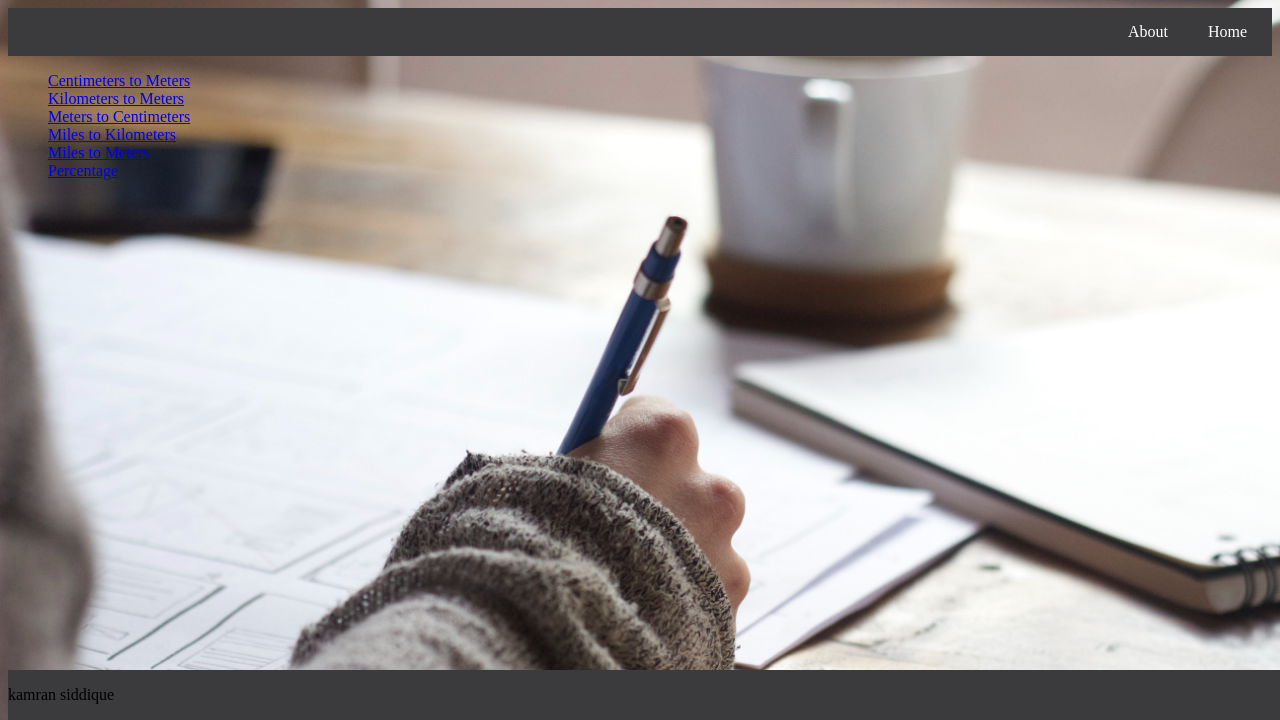
Repository: Kamrangujjar85112/Length-Converter
Page: html/home.html
These files come from the project's save history. The page is drawn as it stood at one moment and after the next save; the edit follows.
The browser window is 1280 px wide. The pictures show the whole page.

Above is the page before, as saved 2022-01-21 04:07:44.

### html/home.html
<!-- home -->
<!DOCTYPE html>
<html lang="en">
<head>
    <meta charset="UTF-8">
    <meta http-equiv="X-UA-Compatible" content="IE=edge">
    <meta name="viewport" content="width=device-width, initial-scale=1.0">
    <title>Home</title>
    <link rel="stylesheet" href="../css/style.css">

</head>
<body>

   <div class="container ">
    <div class="header">
        <nav>
            <ul class="nav-ul">
                <li class="nav-li"><a href="#home">Home</a></li>
                <li class="nav-li"><a href="#about">About</a></li>
            </ul>
        </nav>
   </div>
   <div class="box">
    <div>
        <ul>
            <li class="link">
                <a href="cm_km.html">Centimeters to Meters</a>
            </li>
            <li class="link">
                <a href="km_m.html">Kilometers to Meters</a>
            </li>
            <li class="link">
                <a href="m_cm.html">Meters to Centimeters</a>
            </li>
            <li class="link">
                <a href="mi_km.html">Miles to Kilometers</a>
            </li>
            <li class="link">
                <a href="mi_m.html">Miles to Meters</a>
            </li>
            <li class="link">
                <a href="percentage.html">Percentage</a>
            </li>
        </ul>
    </div>
   </div>
    <div class="footer">
            <p>kamran siddique</p>
    </div>
    </div>
   </div>
</body>
</html>

### css/style.css
  body{
    background-image: url('background.jpg');
    background-repeat: no-repeat;
    background-attachment: fixed;
    background-size: cover;
}
.header{
    top: 0;
    width: 100%;
    margin: 0;
    position: relative;

}
.nav-ul{
    list-style-type: none;
    margin: 0;
    overflow: hidden;
    background: rgb(59, 59, 61);
  }

.nav-li {
    padding-right: 10px;
    float: right;
    align-items: inherit;
}

.nav-li a {
    display: block;
    color: rgb(255, 255, 255);
    text-align:center;
    padding: 15px 15px;
    text-decoration: none;
}
.link {
    list-style: none;
}
.link a{
    width: 100%;
    align-items: center;
}
.link a:hover {
    background-color: #0ac577;
}
.footer{
    bottom: 0;
    width: 100%;
    position: fixed;
    background: rgb(59, 59, 61);
    padding-right: 10px;
}

After the next save:
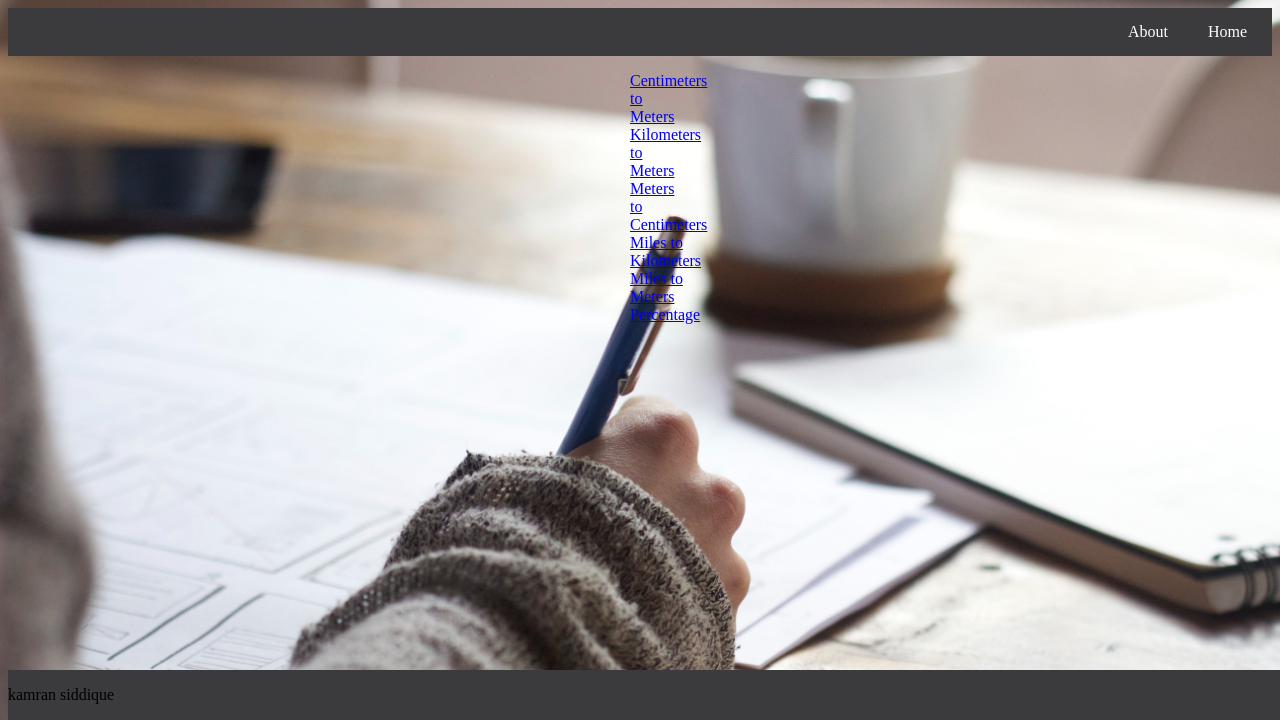
Saved 41 s later.
--- a/css/style.css
+++ b/css/style.css
@@ -35,7 +35,7 @@
     list-style: none;
 }
 .link a{
-    width: 100%;
+
     align-items: center;
 }
 .link a:hover {
@@ -48,3 +48,12 @@
     background: rgb(59, 59, 61);
     padding-right: 10px;
 }
+.box{
+    display: flex;
+  align-items: center;
+  justify-content: center;
+}
+.box div {
+    width: 100px;
+    height: 100px;
+  }
